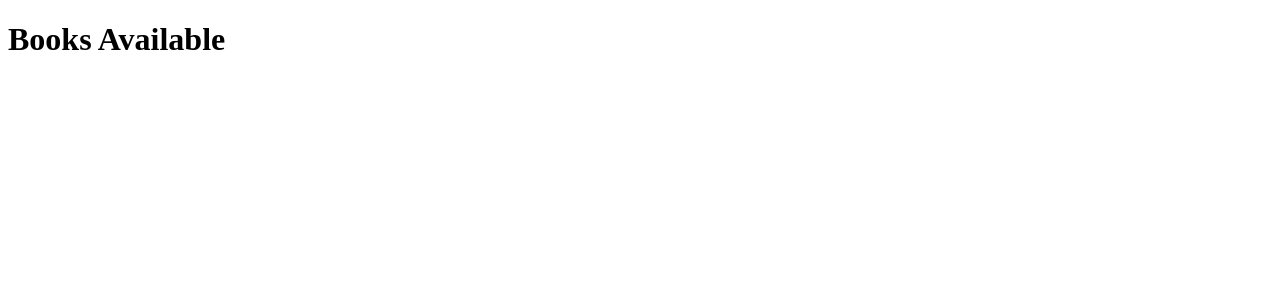
Repository: shriguru-varshini/CarRental
Page: shop/src/main/resources/static/books.html
These files come from the project's save history. The page is drawn as it stood at one moment and after the next save; the edit follows.
The browser window is 1280 px wide. The pictures show the whole page.
The page's requests for data from a server got no answer.

Above is the page before, as saved 2025-02-28 12:29:07.

After the next save:
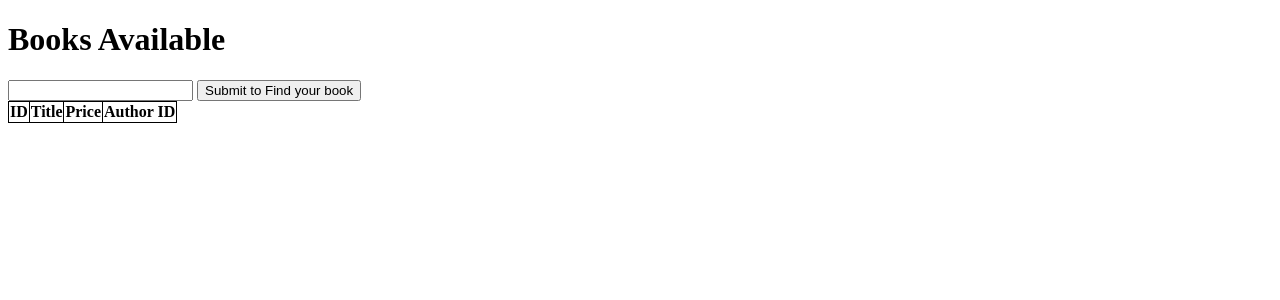
Saved 2 days later.
--- a/shop/src/main/resources/static/books.html
+++ b/shop/src/main/resources/static/books.html
@@ -1,15 +1,58 @@
 <!DOCTYPE html>
 <html lang="en">
 <head>
- <title> JavaScript</title>
+<title>JavaScript Book System</title>
+<style>
+        table, th, td {
+            border: 1px solid black;
+            border-collapse: collapse;
+        }
+</style>
 </head>
 <body>
-	<h1> Books Available</h1>
-	<ul id = "bookslist'>
-	<script>
-		//fetch books dynamically
-		fetch('/api/books')
-	</script>
-	</ul>
+<h1>Books Available</h1>
+<input type="text" id="searchInput" >
+<button id="searchButton">Submit to Find your book</button>
+<table id="booksTable">
+<tr>
+<th>ID</th>
+<th>Title</th>
+<th>Price</th>
+<th>Author ID</th>
+</tr>
+</table>
+<script>
+        document.getElementById("searchButton").addEventListener("click", function() {
+            const searchInput = document.getElementById("searchInput").value.toLowerCase();
+            fetch(`/api/books`)
+                .then(response => response.json())
+                .then(books => {
+                    const table = document.getElementById("booksTable");
+                    table.innerHTML = '<tr><th>ID</th><th>Title</th><th>Price</th><th>Author ID</th></tr>';
+                    books.filter(book => book.title.toLowerCase().includes(searchInput))
+                        .forEach(book => {
+                            const row = table.insertRow();
+                            row.insertCell(0).innerText = book.id;
+                            row.insertCell(1).innerText = book.title;
+                            row.insertCell(2).innerText = book.price;
+                            row.insertCell(3).innerText = book.authorId;
+                        });
+                });
+        });
+
+        // Fetch and display all books on page load
+        fetch('/api/books')
+            .then(response => response.json())
+            .then(books => {
+                const table = document.getElementById("booksTable");
+                books.forEach(book => {
+                    const row = table.insertRow();
+                    row.insertCell(0).innerText = book.id;
+                    row.insertCell(1).innerText = book.title;
+                    row.insertCell(2).innerText = book.price;
+                    row.insertCell(3).innerText = book.authorId;
+                });
+            });
+</script>
 </body>
 </html>

After the save that followed:
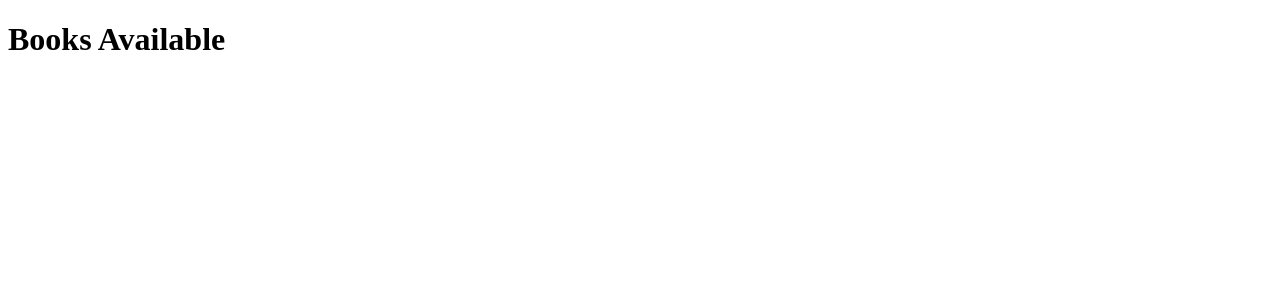
Saved 5 min 51 s later.
--- a/shop/src/main/resources/static/books.html
+++ b/shop/src/main/resources/static/books.html
@@ -1,58 +1,15 @@
 <!DOCTYPE html>
 <html lang="en">
 <head>
-<title>JavaScript Book System</title>
-<style>
-        table, th, td {
-            border: 1px solid black;
-            border-collapse: collapse;
-        }
-</style>
+ <title> JavaScript</title>
 </head>
 <body>
-<h1>Books Available</h1>
-<input type="text" id="searchInput" >
-<button id="searchButton">Submit to Find your book</button>
-<table id="booksTable">
-<tr>
-<th>ID</th>
-<th>Title</th>
-<th>Price</th>
-<th>Author ID</th>
-</tr>
-</table>
-<script>
-        document.getElementById("searchButton").addEventListener("click", function() {
-            const searchInput = document.getElementById("searchInput").value.toLowerCase();
-            fetch(`/api/books`)
-                .then(response => response.json())
-                .then(books => {
-                    const table = document.getElementById("booksTable");
-                    table.innerHTML = '<tr><th>ID</th><th>Title</th><th>Price</th><th>Author ID</th></tr>';
-                    books.filter(book => book.title.toLowerCase().includes(searchInput))
-                        .forEach(book => {
-                            const row = table.insertRow();
-                            row.insertCell(0).innerText = book.id;
-                            row.insertCell(1).innerText = book.title;
-                            row.insertCell(2).innerText = book.price;
-                            row.insertCell(3).innerText = book.authorId;
-                        });
-                });
-        });
-
-        // Fetch and display all books on page load
-        fetch('/api/books')
-            .then(response => response.json())
-            .then(books => {
-                const table = document.getElementById("booksTable");
-                books.forEach(book => {
-                    const row = table.insertRow();
-                    row.insertCell(0).innerText = book.id;
-                    row.insertCell(1).innerText = book.title;
-                    row.insertCell(2).innerText = book.price;
-                    row.insertCell(3).innerText = book.authorId;
-                });
-            });
-</script>
+	<h1> Books Available</h1>
+	<ul id = "bookslist'>
+	<script>
+		//fetch books dynamically
+		fetch('/api/books')
+	</script>
+	</ul>
 </body>
 </html>
